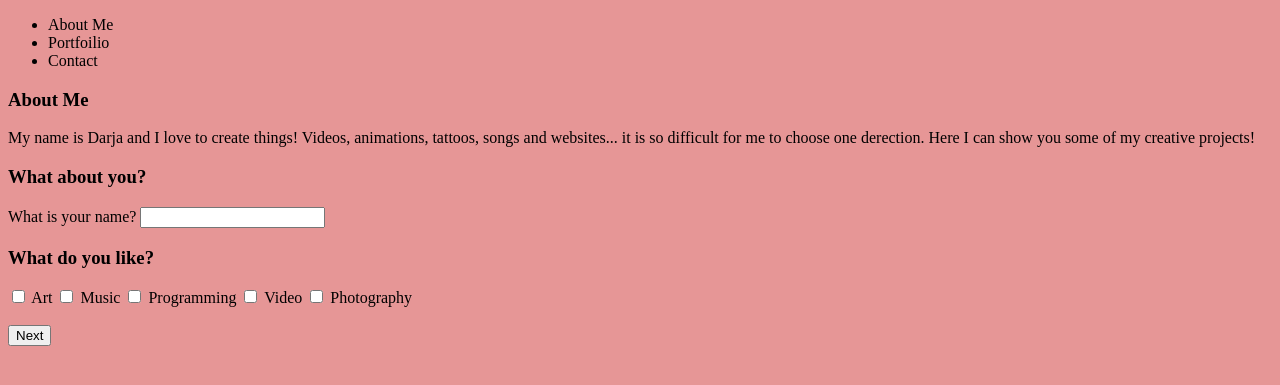
Repository: holyygreg/PortfolioProject
Page: code files/index.html
An editor plug-in stored every save of this project. The page is shown before and after the next save, followed by the edit.
The browser window is 1280 px wide. The pictures show the whole page.

Above is the page before, as saved 2024-08-02 16:50:45.

### code files/index.html
<!DOCTYPE html>
<html lang="en">
<head>
    <meta charset="UTF-8">
    <meta name="viewport" content="width=device-width, initial-scale=1.0">
    <title>Document</title>
    <link rel="stylesheet" href="./style.css">
</head>

<body>
    <header id="header">
        <nav id="nav">
            <ul>
                <li>About Me</li>
                <li>Portfoilio</li>
                <li>Contact</li>
            </ul>
        </nav>
    </header>

    <section id="description">
        <article id="aboutme">
            <h1>About Me</h1>
            <p>My name is Darja and I love to create things! Videos, animations, tattoos, songs and websites...
                it is so difficult for me to choose one derection.
                Here I can show you some of my creative projects!
            </p>
        </article>
    </section>

    <section id="form">
        <form id="about-you">
            <h3>What about you?</h3>
            <label for="name">What is your name?</label>
            <input id="name" name="name" type="text">
            <br>

            <h3>What do you like?</h3>
            <input type="checkbox" id="hobby1" name="hobby1" value="art">
            <label for="hobby1">Art</label>
            <input type="checkbox" id="hobby2" name="hobby2" value="music">
            <label for="hobby2">Music</label>
            <input type="checkbox" id="hobby3" name="hobby3" value="program">
            <label for="hobby3">Programming</label>
            <input type="checkbox" id="hobby4" name="hobby4" value="video">
            <label for="hobby4">Video</label>
            <input type="checkbox" id="hobby5" name="hobby5" value="photo">
            <label for="hobby5">Photography</label>
            <br>

            <br>
            <input type="submit" id="submit" name="submit" value="Next">
        </form>
    </section>
</body>
</html>

### code files/style.css
body {
    background-color: rgb(230, 150, 150);
};

After the next save:
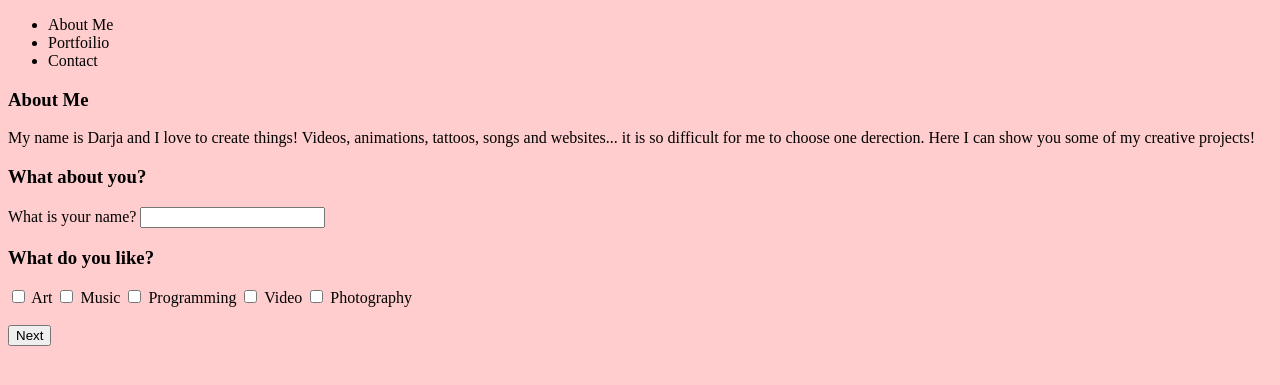
Saved 5 s later.
--- a/code files/style.css
+++ b/code files/style.css
@@ -1,3 +1,3 @@
 body {
-    background-color: rgb(230, 150, 150);
+    background-color: rgb(255, 205, 205);
 };
